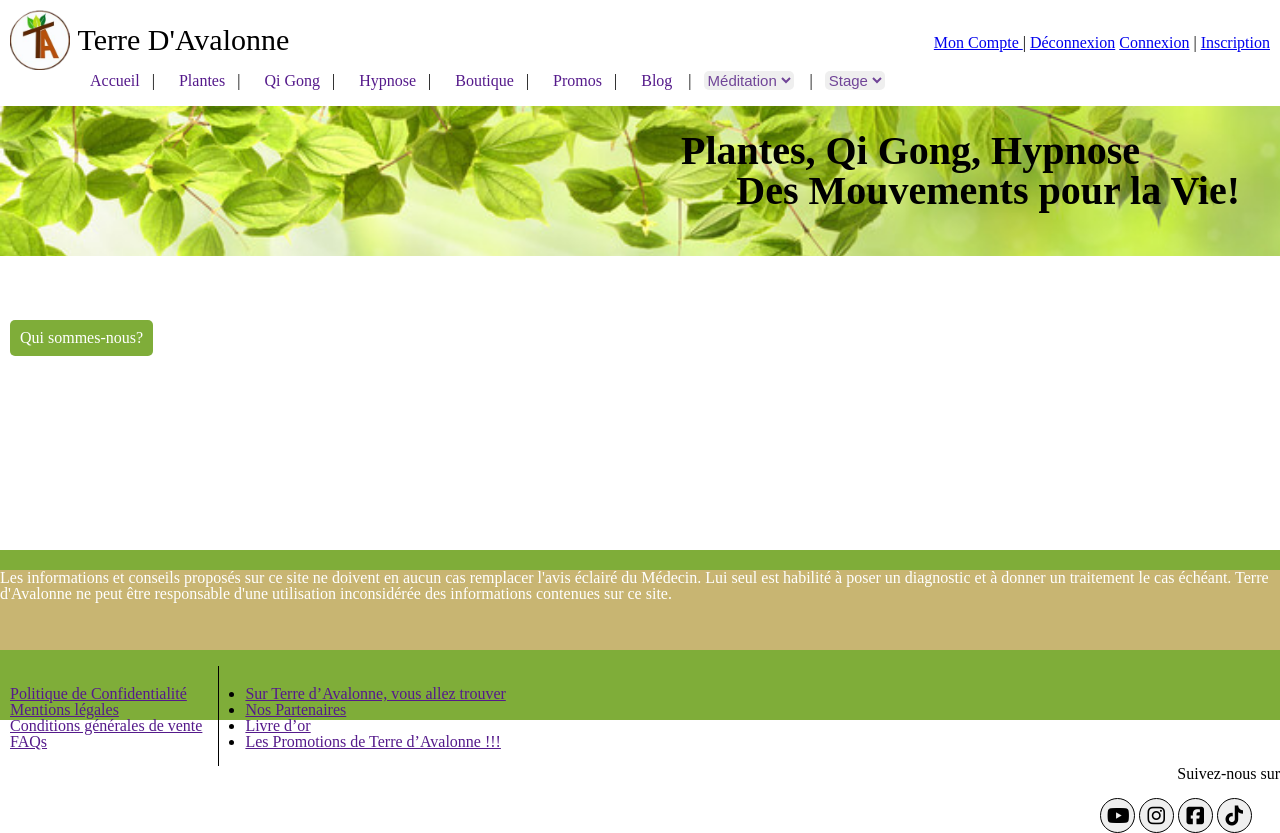
Repository: Michelhof1978/TerreDavalonne
Page: templates/base.html
The author's editor kept a copy of each file at every save. The page is drawn from the files as they stood at one save, then again after a run of saves.
The browser window is 1280 px wide. The pictures show the whole page.
Some web fonts or font styles are not loaded; a fallback is used. Some web libraries are served in a nearby version.

Above is the page before, as saved 2022-05-04 16:06:35.

After the next 2 saves:
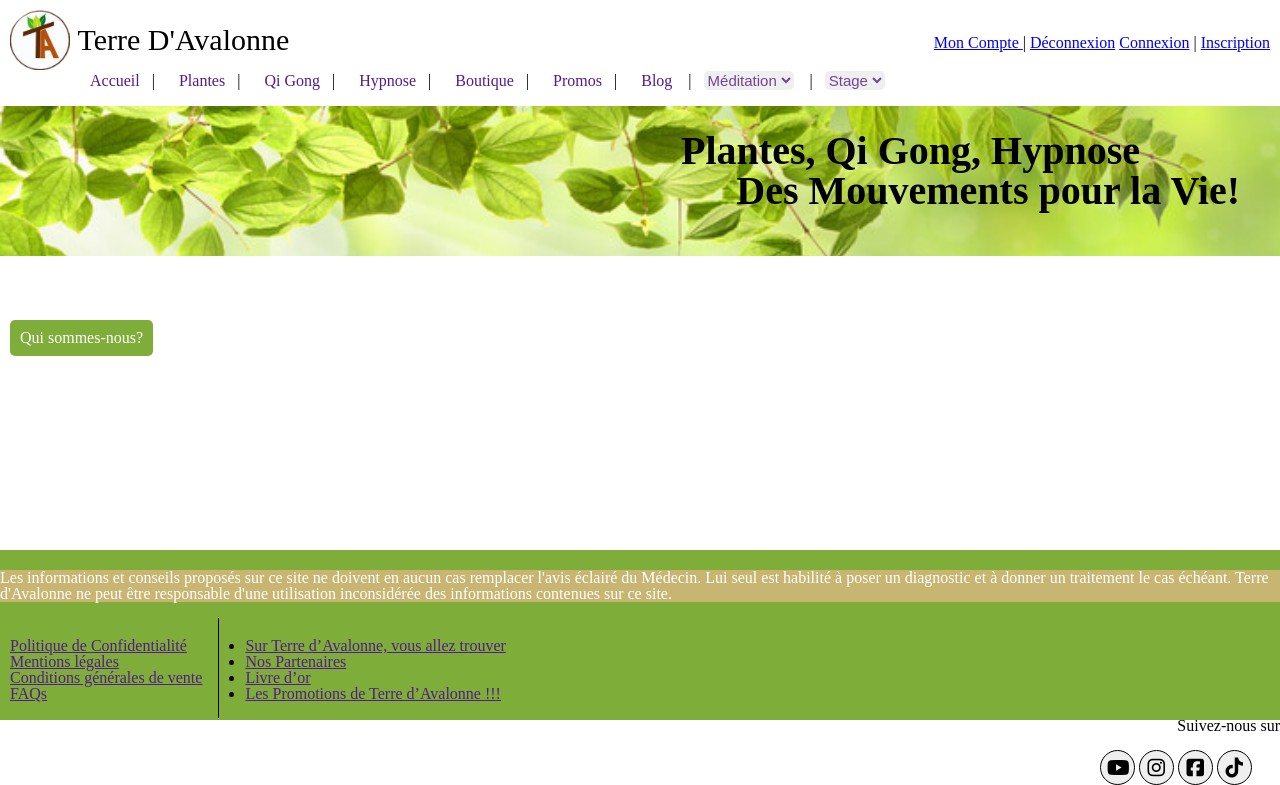
The 2 saves are shown as one change because they came seconds apart.
The last was saved 7 s later.
--- a/templates/base.html
+++ b/templates/base.html
@@ -278,7 +278,7 @@
   }
 
   .warning{
-    height: 5em;
+    height: 2em;
     background-color: #C8B572 ;
     color: white;
   }
